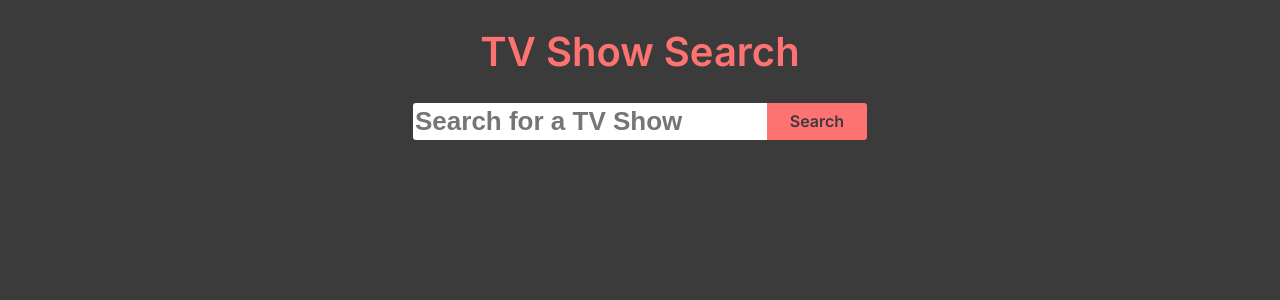
Repository: shayanabedi98/tv-search-react
Page: /
These files come from the project's save history. The page is drawn as it stood at one moment and after the next save; the edit follows.
The browser window is 1280 px wide. The pictures show the whole page.
The project was rebuilt for these pictures with package versions that can differ from the ones it lists, and the page was loaded fresh each time. Also part of the build but not shown: vite.config.js.

Above is the page before, as saved 2024-01-02 03:25:31.

After the next save:
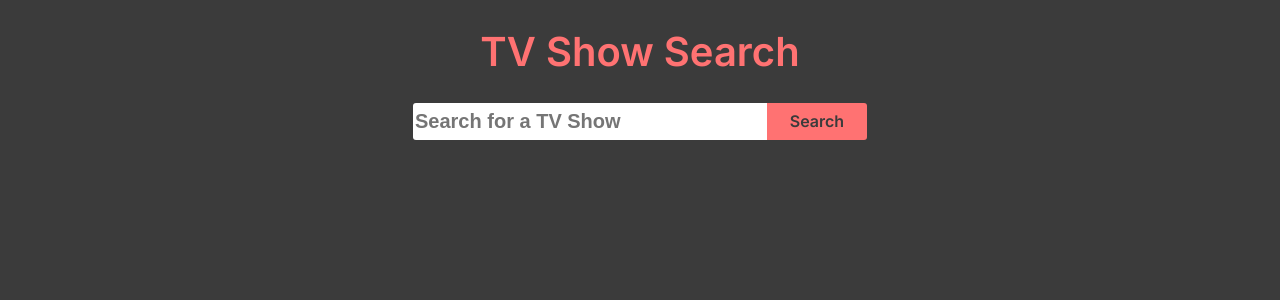
Saved 40 s later.
--- a/src/index.css
+++ b/src/index.css
@@ -30,7 +30,7 @@ body {
   border: none;
   height: 35px;
   width: 350px;
-  font-size: 26px;
+  font-size: 20px;
   outline: none;
   color: rgb(104, 104, 104);
   font-weight: 700;
